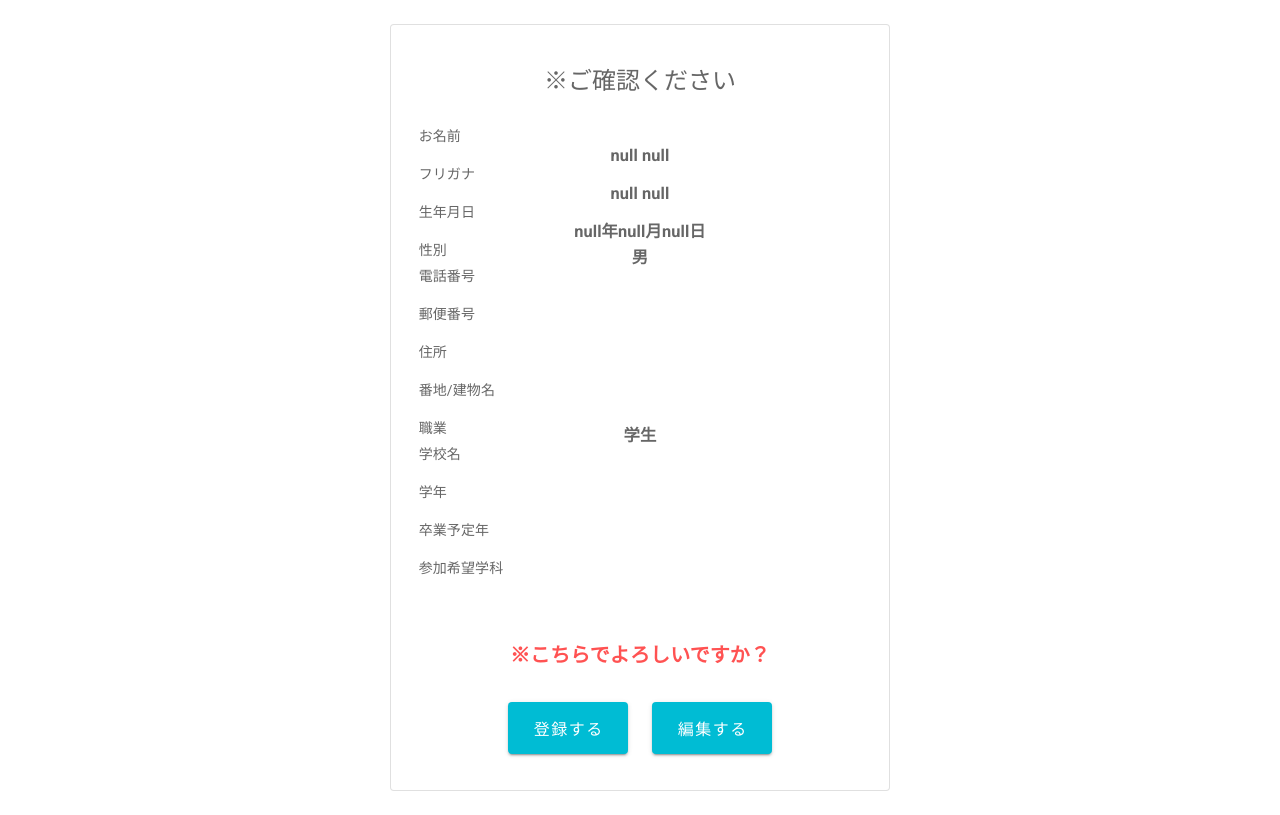
Repository: taniwhy/open-campus-system
Page: /#/register_confirmation (app in client_view/)
An editor plug-in stored every save of this project. The page is shown before and after the next save, followed by the edit.
The browser window is 1280 px wide. The pictures show the whole page.
The page's requests for data from a server got no answer. The project was rebuilt for these pictures with package versions that can differ from the ones it lists, and the page was loaded fresh each time. No one was signed in, and anything a server would have sent is missing. Also part of the build but not shown: client_view/vue.config.js, client_view/src/views/Home.vue, client_view/src/views/Login.vue, client_view/src/views/Admin.vue, client_view/src/views/Base.vue, client_view/src/components/Register.vue, client_view/src/components/Reregister.vue, client_view/src/components/Reconfirmation.vue and 3 more.

Above is the page before, as saved 2019-12-07 01:52:50.

After the next save:
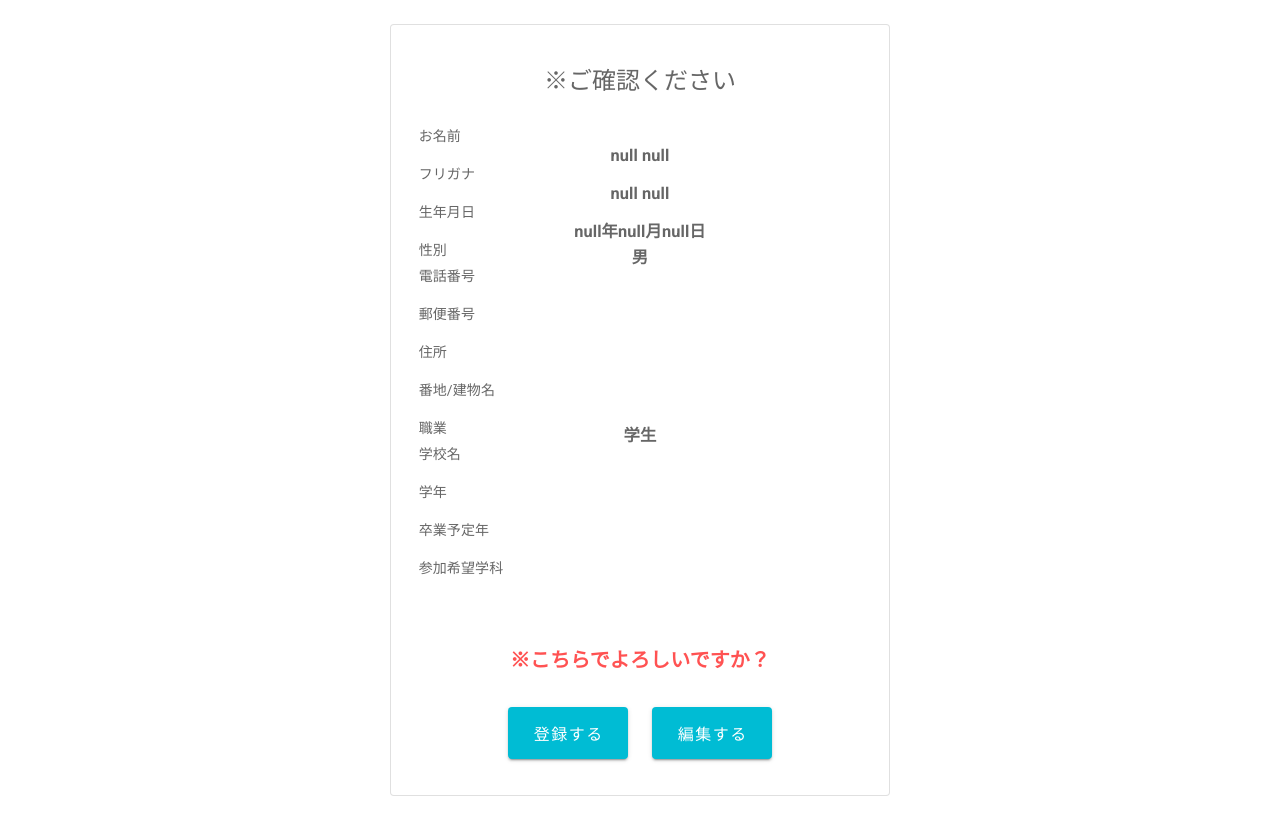
Saved 15 s later.
--- a/client_view/src/components/RegisterConfirmation.vue
+++ b/client_view/src/components/RegisterConfirmation.vue
@@ -175,7 +175,7 @@
             </div>
 
             <!-- 参加希望学科フォーム -->
-            <v-row style="height: 25px;">
+            <v-row style="height: 30px;">
               <p style="text-align: left;">参加希望学科</p>
             </v-row>
             <v-row style="height: 20px;" justify="center">
